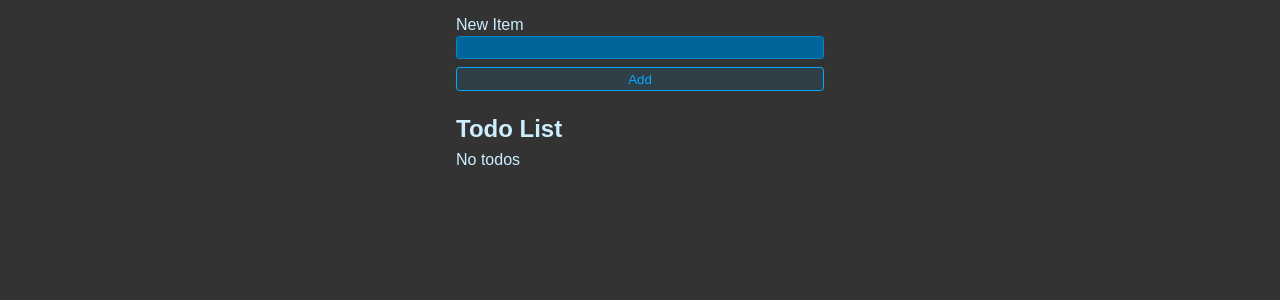
Repository: mix060514/react-bilibili-tutorial
Page: /
The author's editor kept a copy of each file at every save. The page is drawn from the files as they stood at one save, then again after the next save.
The browser window is 1280 px wide. The pictures show the whole page.
The project was rebuilt for these pictures with package versions that can differ from the ones it lists, and the page was loaded fresh each time. Also part of the build but not shown: vite.config.js.

Above is the page before, as saved 2023-12-03 22:43:17.

### src/App.jsx
import { useState } from "react"
import "./styles.css"
import NewTodoForm from "./NewTodoForm";


export default function App() {
  const [newItem, setNewItem] = useState("");
  const [todos, setTodos] = useState([]);

  function handleSubmit(e) {
    e.preventDefault();
    setTodos((current) => {
      return [...todos, { id: crypto.randomUUID(), title: newItem, completed: false }];
    });
    setNewItem("");
  }
  function toggleTodo(id, completed) {
    setTodos(current => {
      return current.map(todo => {
        if (todo.id === id) return {...todo, completed}
        return todo;
      });
    });
  }
  function deleteTodo(id) {
    setTodos(current => current.filter(todo => todo.id !== id));
  }


  return (
    <>
      <form onSubmit={handleSubmit} className="new-item-form">
        <div className="form-row">
          <label htmlFor="item">New Item</label>
          <input type="text" id="item" value={newItem} onChange={(e) => setNewItem(e.target.value)}/>
        </div>

        <button className="btn">Add</button>
      </form>

      <h1 className="header">Todo List</h1>

      {todos.length === 0 && <div>No todos</div>}

      <ul className="list">
        {todos.map((todo) => (
          <li key={todo.id}>
            <label>
              <input type="checkbox" checked={todo.completed} onChange={(e)=>toggleTodo(todo.id, e.target.checked)} /> {todo.title}
            </label>
            <button className="btn btn-danger" onClick={() => deleteTodo(todo.id)}>Delete</button>
          </li>
        ))}
      </ul>
    </>
  )
}

### src/NewTodoForm.jsx
export default function NewTodoForm() {
  return (
    <div>NewTodoForm</div>
  )
}

Loaded but not shown: index.html (common file); src/main.jsx (common file); src/styles.css (common file)

After the next save:
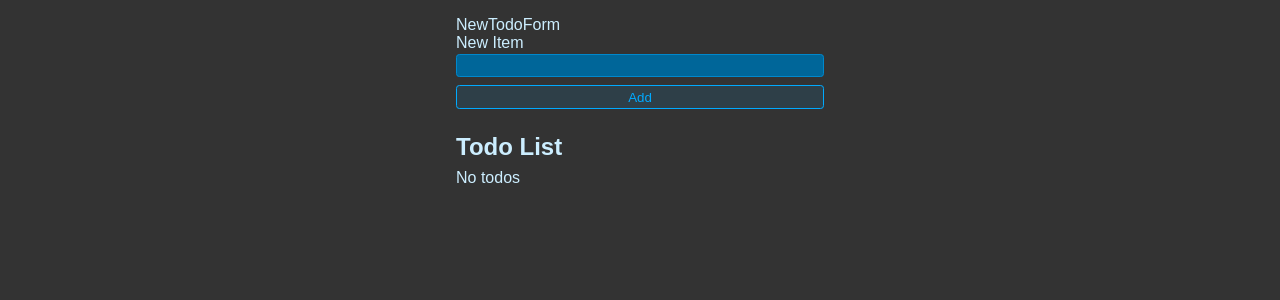
Saved 9 s later.
--- a/src/App.jsx
+++ b/src/App.jsx
@@ -29,6 +29,7 @@ export default function App() {
 
   return (
     <>
+      <NewTodoForm />
       <form onSubmit={handleSubmit} className="new-item-form">
         <div className="form-row">
           <label htmlFor="item">New Item</label>
